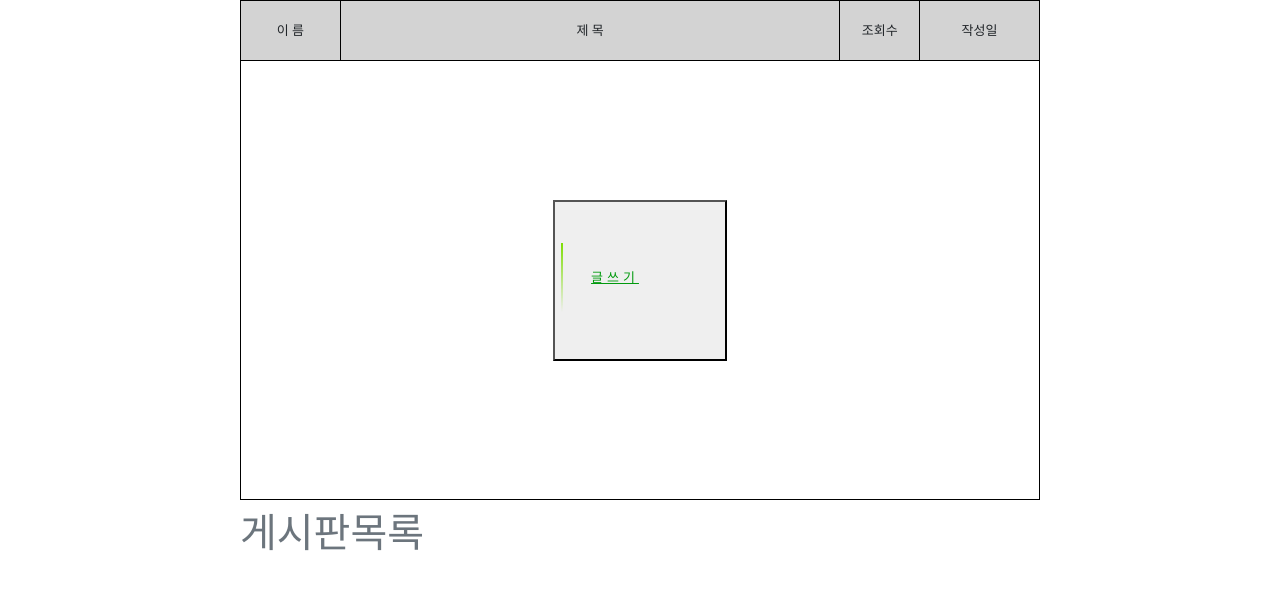
Repository: shbaksa/study
Page: http://localhost/mw_0617/test/list.jsp
The author's editor kept a copy of each file at every save. The page is drawn from the files as they stood at one save, then again after the next save.
The browser window is 1280 px wide. The pictures show the whole page.
The page is served by Tomcat 9. Queries for data that is not in the repository find no rows.

Above is the page before, as saved 2022-06-17 06:32:45.

### mw_0617/src/main/webapp/test/list.jsp
<%@ page language="java" contentType="text/html; charset=UTF-8"
    pageEncoding="UTF-8"%>
<!DOCTYPE html>
<html>
<head>
<meta charset="UTF-8">
<meta name="viewport" content="width=device-width, initial-scale=1">
<title>Insert title here</title>
<style>
HTML CSSResult Skip Results Iframe
EDIT ON
@import url('https://fonts.googleapis.com/css2?family=Raleway:wght@400;700&display=swap');

body{
    display: flex;
    justify-content: center;
    align-items: center;
    height: 100vh;
    background: #050801;
    font-family: 'Raleway', sans-serif;
    font-weight: bold;
}
a{
    position: relative;
    display: inline-block;
    padding: 25px 30px;
    margin: 40px 0;
    color: #03e9f4;
    text-decoration: none;
    text-transform: uppercase;
    transition: 0.5s;
    letter-spacing: 4px;
    overflow: hidden;
    margin-right: 50px;

}
a:hover{
    background: #03e9f4;
    color: #050801;
    box-shadow: 0 0 5px #03e9f4,
                0 0 25px #03e9f4,
                0 0 50px #03e9f4,
                0 0 200px #03e9f4;
     -webkit-box-reflect:below 1px linear-gradient(transparent, #0005);
}
a:nth-child(1){
    filter: hue-rotate(270deg);
}
a:nth-child(2){
    filter: hue-rotate(110deg);
}
a span{
    position: absolute;
    display: block;
}
a span:nth-child(1){
    top: 0;
    left: 0;
    width: 100%;
    height: 2px;
    background: linear-gradient(90deg,transparent,#03e9f4);
    animation: animate1 1s linear infinite;
}
@keyframes animate1{
    0%{
        left: -100%;
    }
    50%,100%{
        left: 100%;
    }
}
a span:nth-child(2){
    top: -100%;
    right: 0;
    width: 2px;
    height: 100%;
    background: linear-gradient(180deg,transparent,#03e9f4);
    animation: animate2 1s linear infinite;
    animation-delay: 0.25s;
}
@keyframes animate2{
    0%{
        top: -100%;
    }
    50%,100%{
        top: 100%;
    }
}
a span:nth-child(3){
    bottom: 0;
    right: 0;
    width: 100%;
    height: 2px;
    background: linear-gradient(270deg,transparent,#03e9f4);
    animation: animate3 1s linear infinite;
    animation-delay: 0.50s;
}
@keyframes animate3{
    0%{
        right: -100%;
    }
    50%,100%{
        right: 100%;
    }
}


a span:nth-child(4){
    bottom: -100%;
    left: 0;
    width: 2px;
    height: 100%;
    background: linear-gradient(360deg,transparent,#03e9f4);
    animation: animate4 1s linear infinite;
    animation-delay: 0.75s;
}
@keyframes animate4{
    0%{
        bottom: -100%;
    }
    50%,100%{
        bottom: 100%;
    }
}



</style>
<link href="https://cdn.jsdelivr.net/npm/bootstrap@5.2.0-beta1/dist/css/bootstrap.min.css" rel="stylesheet" integrity="sha384-0evHe/X+R7YkIZDRvuzKMRqM+OrBnVFBL6DOitfPri4tjfHxaWutUpFmBp4vmVor" crossorigin="anonymous">
<%@ page import="java.sql.*" %>

	<%
		// DB연결
		Class.forName("com.mysql.jdbc.Driver");
  		String db="jdbc:mysql://localhost:3306/first";
  		Connection conn=DriverManager.getConnection(db,"root","1234");

		// 쿼리생성
		String sql = "select * from gesipan";
		PreparedStatement pstmt = conn.prepareStatement(sql);
		// 쿼리실행
		ResultSet rs = pstmt.executeQuery();


	%>
	<style>
	table {
		border : 1px solid black;
		font-size : 13px;
	}
	td {
		border-right : 1px solid black;
		border-top : 1px solid black;
	}
	td:last-child {
		border-right : none;
	}
	tr {
		border-top : 1px solid black;
		border-bottom : 1px solid black;
	}
	</style>
</head>
<body>

	<table width="800" height="500" align="center">
	<caption><h1>게시판목록</h1></caption>
	<tr align="center" style="background:lightgray;">
	<td style="border-top:none;" width="100">이 름</td>
	<td style="border-top:none;" width="500">제 목</td>
	<td style="border-top:none;" width="80">조회수</td>
	<td style="border-top:none;" width="120">작성일</td>
	</tr>
	<%while(rs.next()) { %>
	<tr>
	<td><%=rs.getString("name") %></td>
	<td onclick="location='readnum.jsp?id=<%=rs.getInt("id")%>'"><%=rs.getString("title") %></td>
	<td align="center"><%=rs.getString("readnum") %></td>
	<td align="center"><%=rs.getString("writeday") %></td>
	</tr>
	<% } %>
	<tr>
	<td colspan="4" align="center"><form method="post" action="write.jsp"> <button style="display:hidden;">
	<a href="#">
        <span></span>
        <span></span>
        <span></span>
        <span></span>
        글쓰기
    </a> </form> </button></td>
	</tr>


	</table>
	<p>

    </a>

<script src="https://cdn.jsdelivr.net/npm/bootstrap@5.2.0-beta1/dist/js/bootstrap.bundle.min.js" integrity="sha384-pprn3073KE6tl6bjs2QrFaJGz5/SUsLqktiwsUTF55Jfv3qYSDhgCecCxMW52nD2" crossorigin="anonymous"></script>
</body>
</html>


<%
pstmt.close();
conn.close();
%>

After the next save:
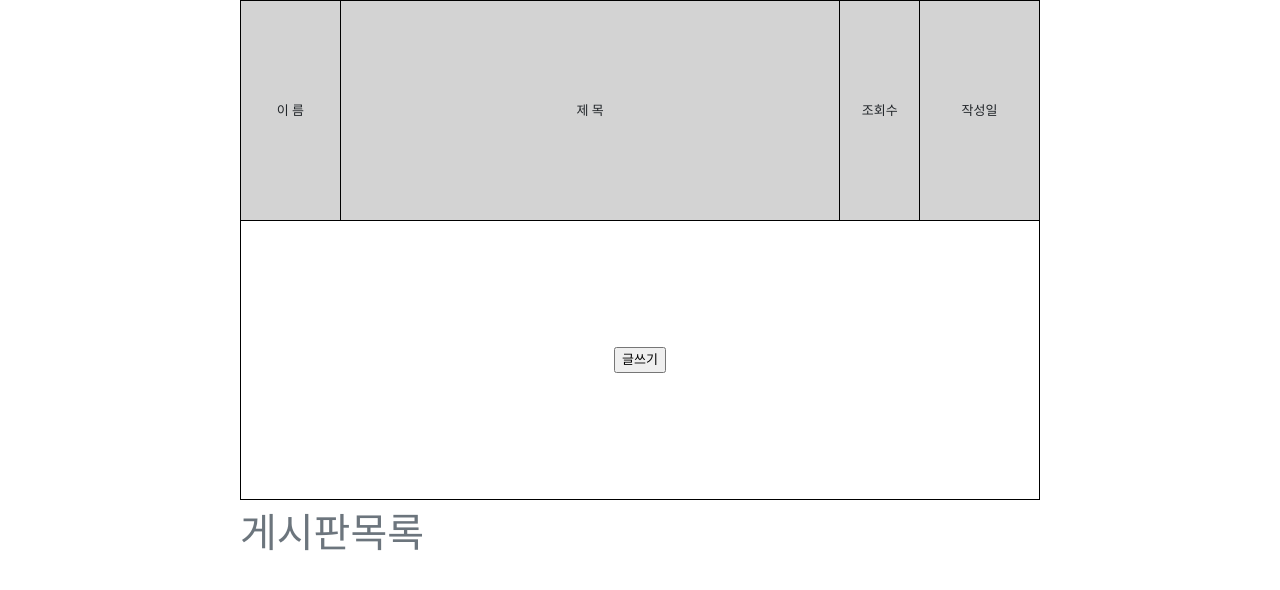
Saved 75 s later.
--- a/mw_0617/src/main/webapp/test/list.jsp
+++ b/mw_0617/src/main/webapp/test/list.jsp
@@ -6,126 +6,7 @@
 <meta charset="UTF-8">
 <meta name="viewport" content="width=device-width, initial-scale=1">
 <title>Insert title here</title>
-<style>
-HTML CSSResult Skip Results Iframe
-EDIT ON
-@import url('https://fonts.googleapis.com/css2?family=Raleway:wght@400;700&display=swap');
 
-body{
-    display: flex;
-    justify-content: center;
-    align-items: center;
-    height: 100vh;
-    background: #050801;
-    font-family: 'Raleway', sans-serif;
-    font-weight: bold;
-}
-a{
-    position: relative;
-    display: inline-block;
-    padding: 25px 30px;
-    margin: 40px 0;
-    color: #03e9f4;
-    text-decoration: none;
-    text-transform: uppercase;
-    transition: 0.5s;
-    letter-spacing: 4px;
-    overflow: hidden;
-    margin-right: 50px;
-
-}
-a:hover{
-    background: #03e9f4;
-    color: #050801;
-    box-shadow: 0 0 5px #03e9f4,
-                0 0 25px #03e9f4,
-                0 0 50px #03e9f4,
-                0 0 200px #03e9f4;
-     -webkit-box-reflect:below 1px linear-gradient(transparent, #0005);
-}
-a:nth-child(1){
-    filter: hue-rotate(270deg);
-}
-a:nth-child(2){
-    filter: hue-rotate(110deg);
-}
-a span{
-    position: absolute;
-    display: block;
-}
-a span:nth-child(1){
-    top: 0;
-    left: 0;
-    width: 100%;
-    height: 2px;
-    background: linear-gradient(90deg,transparent,#03e9f4);
-    animation: animate1 1s linear infinite;
-}
-@keyframes animate1{
-    0%{
-        left: -100%;
-    }
-    50%,100%{
-        left: 100%;
-    }
-}
-a span:nth-child(2){
-    top: -100%;
-    right: 0;
-    width: 2px;
-    height: 100%;
-    background: linear-gradient(180deg,transparent,#03e9f4);
-    animation: animate2 1s linear infinite;
-    animation-delay: 0.25s;
-}
-@keyframes animate2{
-    0%{
-        top: -100%;
-    }
-    50%,100%{
-        top: 100%;
-    }
-}
-a span:nth-child(3){
-    bottom: 0;
-    right: 0;
-    width: 100%;
-    height: 2px;
-    background: linear-gradient(270deg,transparent,#03e9f4);
-    animation: animate3 1s linear infinite;
-    animation-delay: 0.50s;
-}
-@keyframes animate3{
-    0%{
-        right: -100%;
-    }
-    50%,100%{
-        right: 100%;
-    }
-}
-
-
-a span:nth-child(4){
-    bottom: -100%;
-    left: 0;
-    width: 2px;
-    height: 100%;
-    background: linear-gradient(360deg,transparent,#03e9f4);
-    animation: animate4 1s linear infinite;
-    animation-delay: 0.75s;
-}
-@keyframes animate4{
-    0%{
-        bottom: -100%;
-    }
-    50%,100%{
-        bottom: 100%;
-    }
-}
-
-
-
-</style>
 <link href="https://cdn.jsdelivr.net/npm/bootstrap@5.2.0-beta1/dist/css/bootstrap.min.css" rel="stylesheet" integrity="sha384-0evHe/X+R7YkIZDRvuzKMRqM+OrBnVFBL6DOitfPri4tjfHxaWutUpFmBp4vmVor" crossorigin="anonymous">
 <%@ page import="java.sql.*" %>
 
@@ -180,21 +61,10 @@ a span:nth-child(4){
 	</tr>
 	<% } %>
 	<tr>
-	<td colspan="4" align="center"><form method="post" action="write.jsp"> <button style="display:hidden;">
-	<a href="#">
-        <span></span>
-        <span></span>
-        <span></span>
-        <span></span>
-        글쓰기
-    </a> </form> </button></td>
+	<td colspan="4" align="center"><form method="post" action="write.jsp"> <input type="button" value="글쓰기"> </form></td>
 	</tr>
 
-
 	</table>
-	<p>
-
-    </a>
 
 <script src="https://cdn.jsdelivr.net/npm/bootstrap@5.2.0-beta1/dist/js/bootstrap.bundle.min.js" integrity="sha384-pprn3073KE6tl6bjs2QrFaJGz5/SUsLqktiwsUTF55Jfv3qYSDhgCecCxMW52nD2" crossorigin="anonymous"></script>
 </body>
